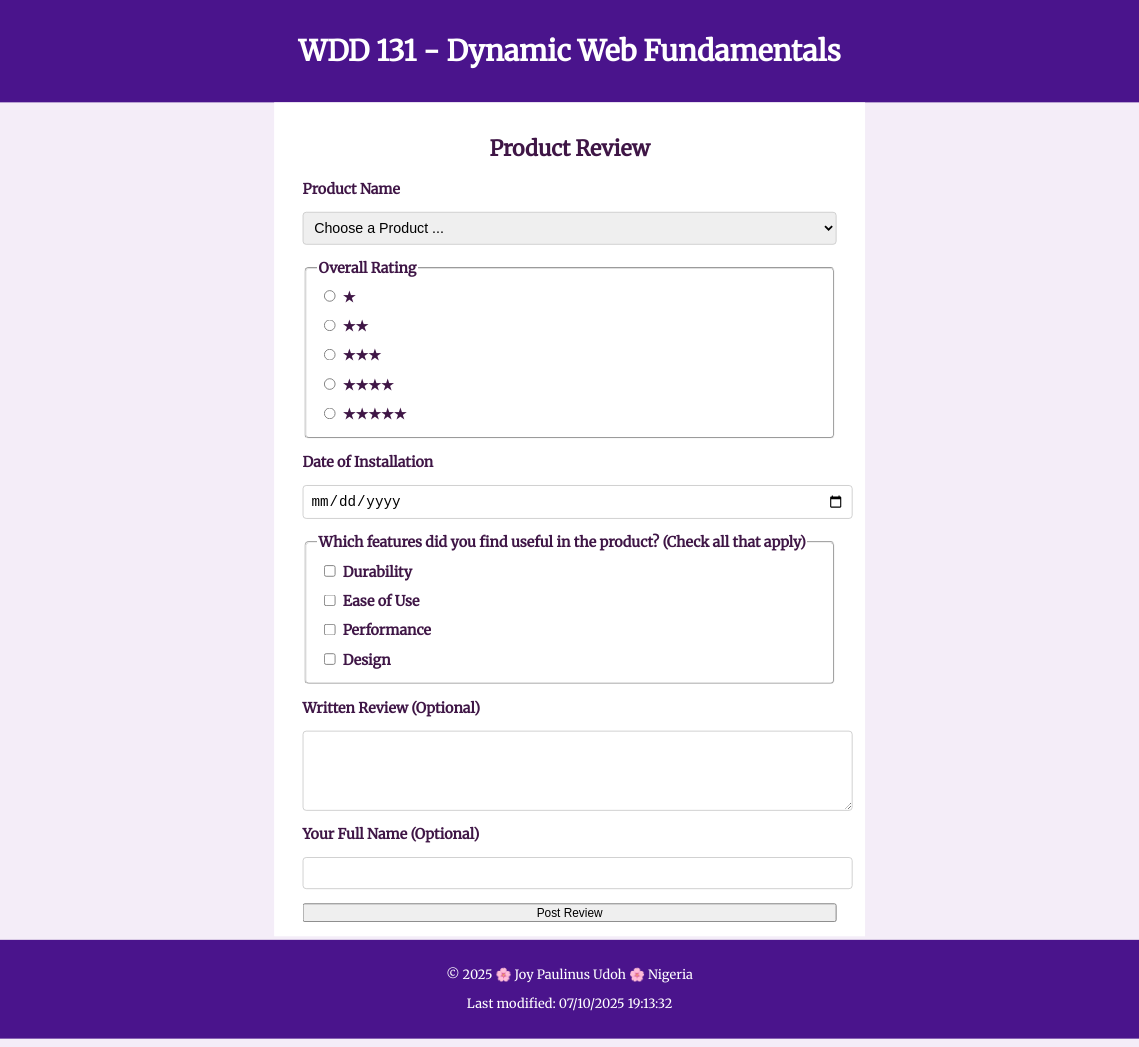
Repository: JoyUdoh106/wdd131
Page: form.html
These files come from the project's save history. The page is drawn as it stood at one moment and after a run of saves; the edit follows.
The browser window is 1280 px wide. The pictures show the whole page, at 89% of full size.

Above is the page before, as saved 2025-08-09 17:38:21.

### form.html
<!DOCTYPE html>
<html lang="en">
<head>
    <meta charset="UTF-8">
    <meta name="viewport" content="width=device-width, initial-scale=1.0">
    <title>WDD 131 - Dynamic Web Fundamentals - Product Review</title>
    <meta name="description" content="Product review">
    <meta name="author" content="Joy Paulinus Udoh">

    <link rel="stylesheet" href="styles/form.css">
    <script src="scripts/form.js" defer></script>

    <link rel="preconnect" href="https://fonts.googleapis.com">
    <link rel="preconnect" href="https://fonts.gstatic.com" crossorigin>
    <link href="https://fonts.googleapis.com/css2?family=Merriweather:wght@300;400&family=Roboto:ital,wght@0,100..900;1,100..900&display=swap" rel="stylesheet">
</head>
<body>
    <header>
        <h1>WDD 131 - Dynamic Web Fundamentals</h1>
    </header>
    <main>
        <h2>Product Review</h2>
        <form method="get" action="review.html" id="reviewForm">
            <label for="productSelect">Product Name</label>
            <select id="productSelect" name="product" required>
                <option value="" disabled selected>Choose a Product ...</option>
            </select>

            <fieldset>
                <legend>Overall Rating</legend>
                <div class="response">
                    <label><input type="radio" name="rating" value="1" required />&#9733</label>
                    <label><input type="radio" name="rating" value="2" required />&#9733;&#9733</label>
                    <label><input type="radio" name="rating" value="3" required />&#9733;&#9733;&#9733</label>
                    <label><input type="radio" name="rating" value="4" required />&#9733;&#9733;&#9733;&#9733</label>
                    <label><input type="radio" name="rating" value="5" required />&#9733;&#9733;&#9733;&#9733;&#9733</label>
                </div>
            </fieldset>

            <label for="installationDate">Date of Installation</label>
            <input type="date" id="installationDate" name="installationDate" required/>

            <fieldset>
                <legend>Which features did you find useful in the product? (Check all that apply)</legend>
                <div class="response">
                    <label><input type="checkbox" id="durability" name="features" value="Durability" />Durability</label>
                    <label><input type="checkbox" id="ease" name="features" value="Ease of Use" />Ease of Use</label>
                    <label><input type="checkbox" id="performance" name="features" value="Performance" />Performance</label>
                    <label><input type="checkbox" id="design" name="features" value="Design" />Design</label>
                </div>
            </fieldset>

            <label for="review">Written Review <span>(Optional)</span></label>
            <textarea id="review" name="review" rows="4"></textarea>

            <label for="username">Your Full Name <span>(Optional)</span></label>
            <input type="text" id="username" name="username">

            <input type="submit" value="Post Review" />
        </form>
    </main>
    <footer>
        <p>&copy; <span id="year"></span> 🌸 Joy Paulinus Udoh 🌸 Nigeria</p>
        <p>Last modified: <span id="last-modified"></span></p>
    </footer>
</body>
</html>

### styles/form.css
body {
    margin: 0;
    background-color: #f4edf8;
    padding: 0;
    font-family: "Merriweather", sans-serif;
}

header {
    background-color: #4A148C;
    color: white;
    text-align: center;
    padding: 1rem;
}

main {
    max-width: 600px;
    margin: auto;
    background-color: #fff;
    padding: 1rem 2rem;
}

h2 {
    color: #3f1646;
    text-align: center;
}

form {
    display: flex;
    flex-direction: column;
    gap: 1rem;
}

label, legend {
    font-weight: bold;
    color: #3f1646;
}

input[type="text"],
input[type="date"],
select, textarea {
    padding: 0.5rem;
    font-size: 1rem;
    width: 100%;
    border: 1px solid #ccc;
    border-radius: 4px;
}

.response {
    display: grid;
}

input[type="checkbox"],
input[type="radio"] {
    margin: 10px 8px;
}

fieldset {
    border-radius: 5px;
}

#counter {
    text-align: center;
}

a {
    font-size: 1.2rem;
}

a:hover {
    color: #610ec7;
}

input[type="submit"]:hover {
    background-color: #5c2168;
}

footer {
    background-color: #4A148C;
    color: white;
    text-align: center;
    padding: 1rem;
    margin-top: 1rem;
    font-size: 0.9rem;
    margin: 0.25rem 0;
}

### scripts/form.js
const products = [
    {id: "fc-1888", name: "flux capacitor", averagerating: "4.5"},
    {id: "fc-2050", name: "power laces", averagerating: "4.7"},
    {id: "fc-1987", name: "time circuits", averagerating: "3.5"},
    {id: "fc-2000", name: "low voltage reactor", averagerating: "3.9"},
    {id: "fc-1969", name: "warp equalizer", averagerating: "5.0"},
];


document.addEventListener("DOMContentLoaded", () => {
  const select = document.getElementById("productSelect");

  products.forEach(product => {
    const option = document.createElement("option");
    option.value = product.name;
    option.textContent = product.name;
    select.appendChild(option);
  });

  let reviewCount = localStorage.getItem("reviewCount") || 0;

  document.getElementById("reviewForm").addEventListener("submit", function() {
    reviewCount++;
    localStorage.setItem("reviewCount", reviewCount);
  });

  document.getElementById("year").textContent = new Date().getFullYear();
  document.getElementById("last-modified").textContent = document.lastModified;
});

After the next 2 saves:
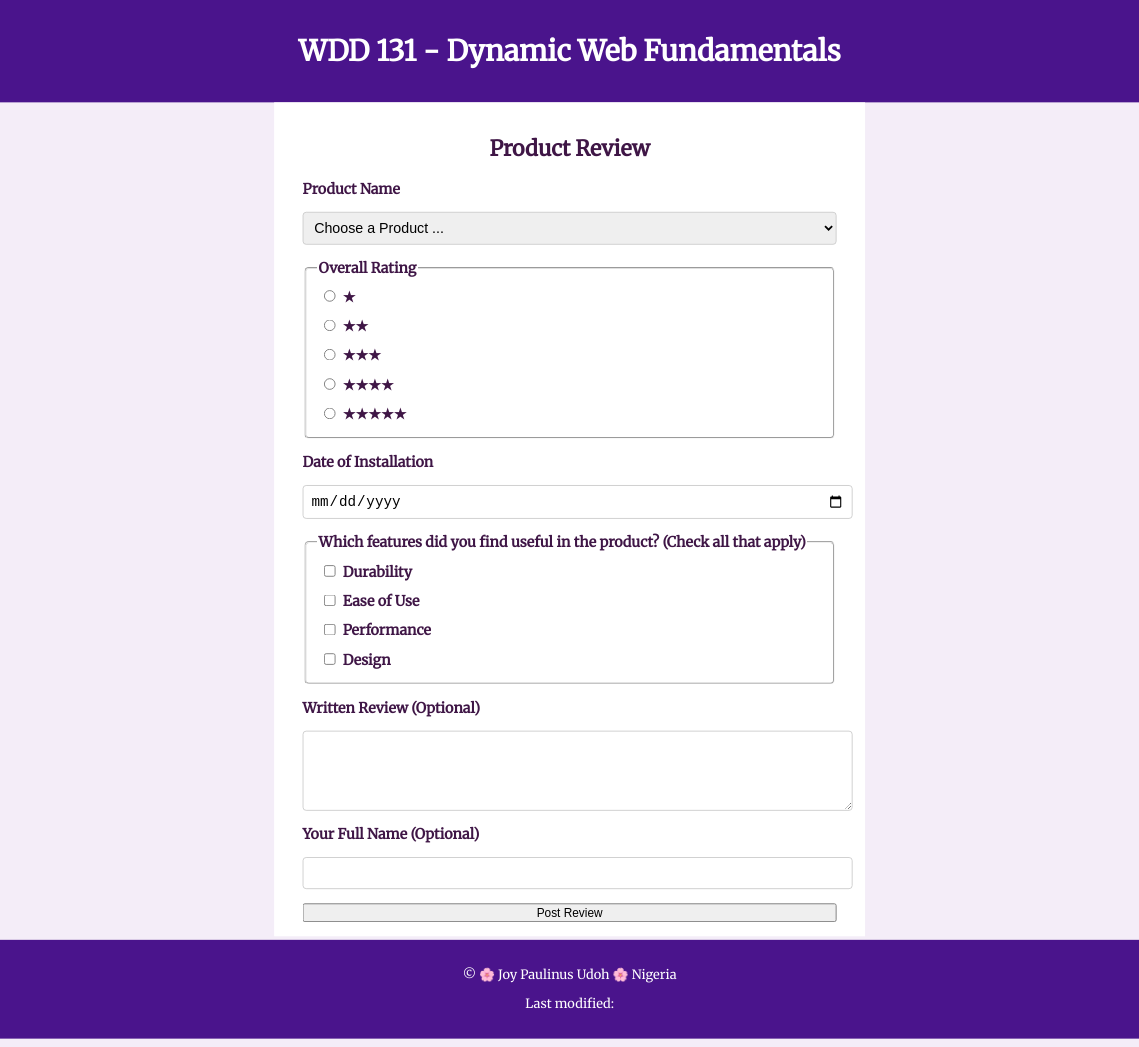
Console error: SyntaxError: Identifier 'reviewCount' has already been declared
The 2 saves are shown as one change because they came seconds apart.
The last was saved 22 s later.
--- a/scripts/form.js
+++ b/scripts/form.js
@@ -19,9 +19,12 @@
 
   let reviewCount = localStorage.getItem("reviewCount") || 0;
 
+ let reviewCount = parseInt(localStorage.getItem("reviewCount")) || 0;
+
+  // Only run when the submit button is clicked
   document.getElementById("reviewForm").addEventListener("submit", function() {
-    reviewCount++;
-    localStorage.setItem("reviewCount", reviewCount);
+    reviewCount++; // increase by 1
+    localStorage.setItem("reviewCount", reviewCount); // save new value
   });
 
   document.getElementById("year").textContent = new Date().getFullYear();

After the 2 saves that followed:
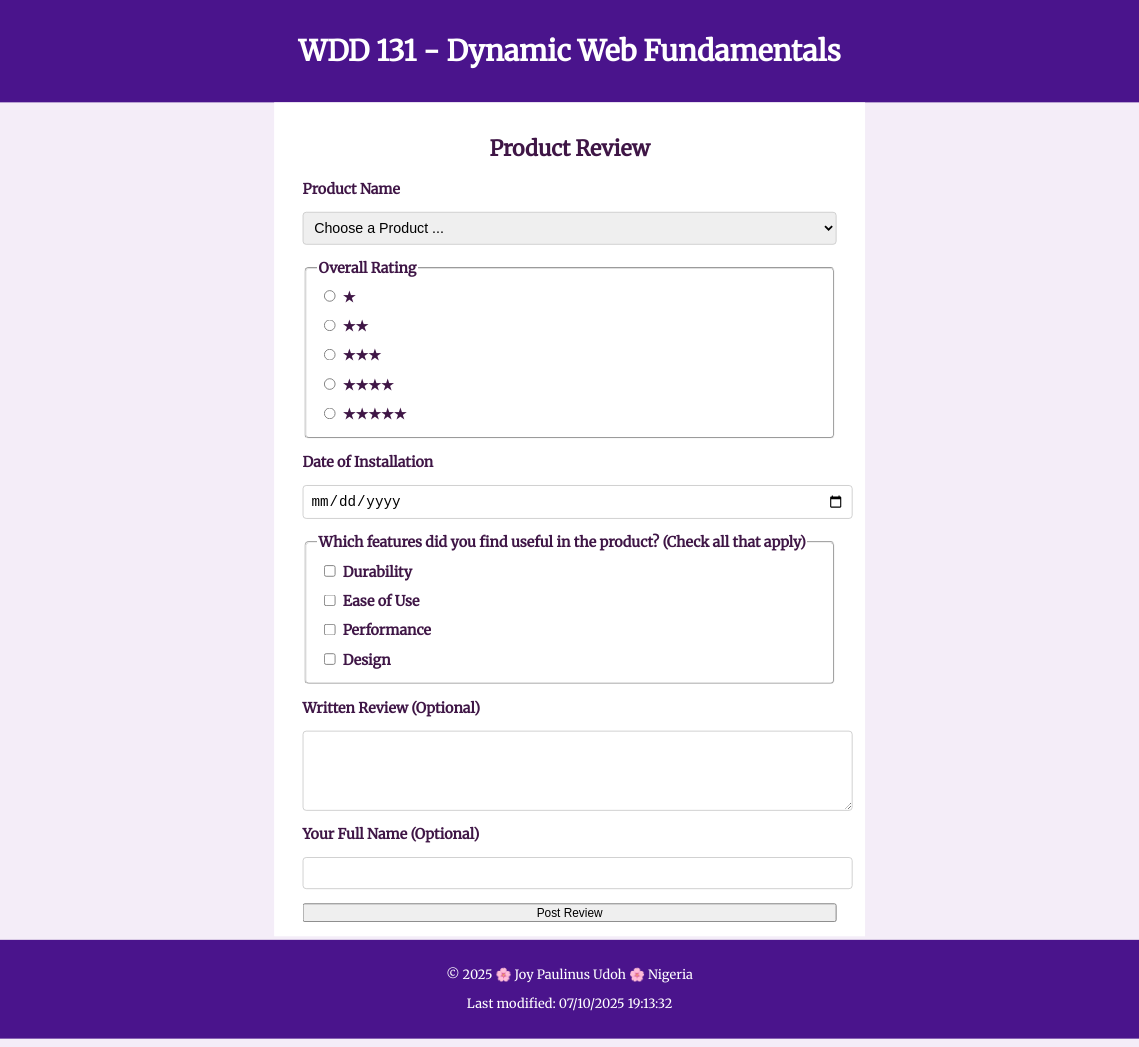
The error is gone.
The 2 saves are shown as one change because they came seconds apart.
The last was saved 10 s later.
--- a/scripts/form.js
+++ b/scripts/form.js
@@ -17,8 +17,6 @@
     select.appendChild(option);
   });
 
-  let reviewCount = localStorage.getItem("reviewCount") || 0;
-
  let reviewCount = parseInt(localStorage.getItem("reviewCount")) || 0;
 
   // Only run when the submit button is clicked
